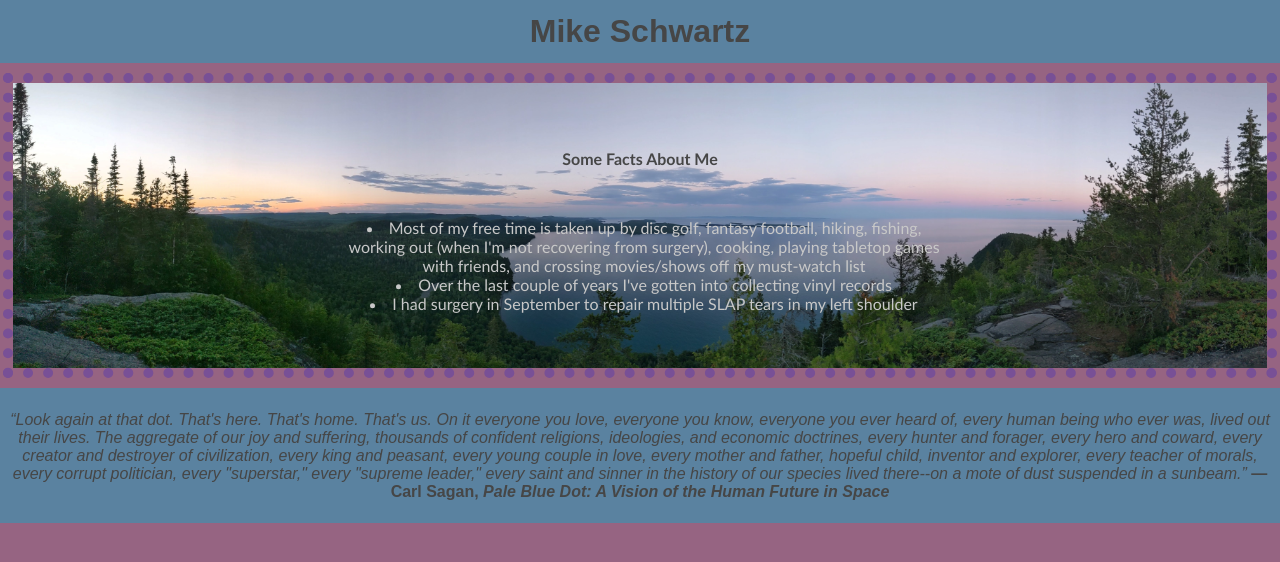
Repository: Ellusionism/prime-pw-week-1-assignment
Page: assignment/index.html
An editor plug-in stored every save of this project. The page is shown before and after a run of saves, followed by the edit.
The browser window is 1280 px wide. The pictures show the whole page.

Above is the page before, as saved 2022-10-26 18:03:24.

After the next 5 saves:
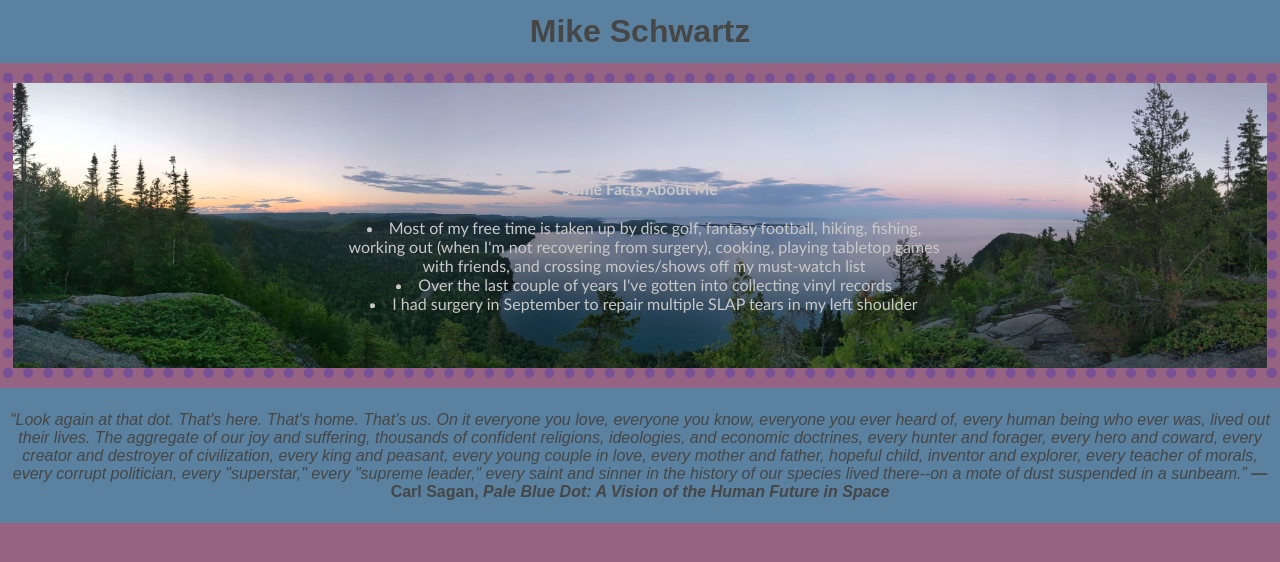
The 5 saves are shown as one change because they came seconds apart.
The last was saved 26 s later.
--- a/assignment/style.css
+++ b/assignment/style.css
@@ -45,10 +45,10 @@ header {
 }
 /* Change the font-family of your list */
 .facts {
- color: rgb(70, 70, 70);
+ color: rgb(200, 200, 200);
  font-family:'Gill Sans', 'Gill Sans MT', Calibri, 'Trebuchet MS', sans-serif;
  position: absolute;
- top: 35%;
+ top: 45%;
  left: 50%;
  transform: translate(-50%, -275%);
 }
